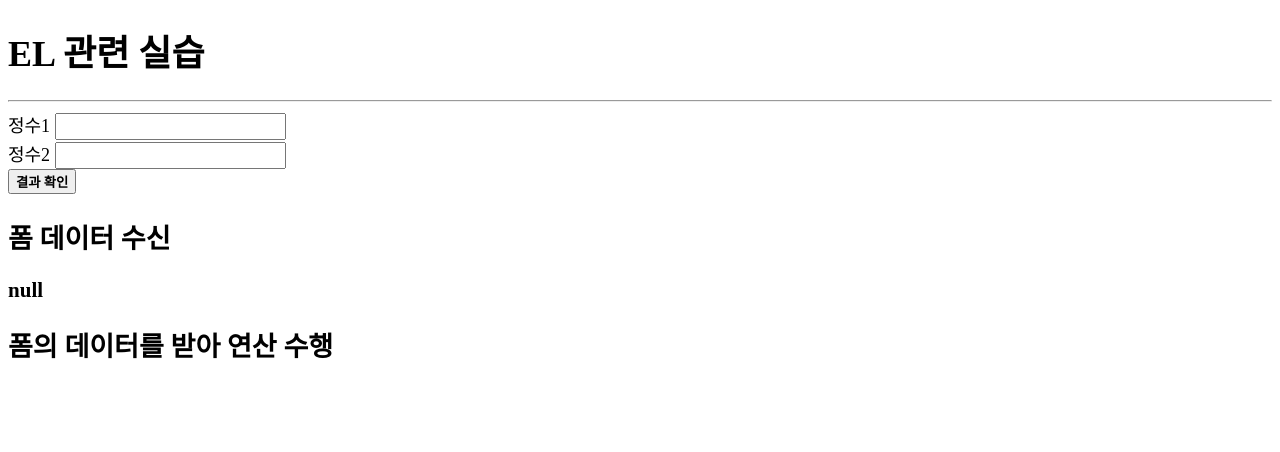
Repository: onpul/Web
Page: http://localhost/WebApp22/Test3.jsp
An editor plug-in stored every save of this project. The page is shown before and after the next save, followed by the edit.
The browser window is 1280 px wide. The pictures show the whole page.
The page is served by Tomcat 9. Other server files are loaded and not shown.

Above is the page before, as saved 2022-04-29 00:48:29.

### WebApp22/WebContent/Test3.jsp
<%@ page contentType="text/html; charset=UTF-8"%>
<%@ taglib prefix="c" uri="http://java.sun.com/jsp/jstl/core"%>
<%
	request.setCharacterEncoding("UTF-8");
	String cp = request.getContextPath();
%>
<!DOCTYPE html>
<html>
<head>
<meta charset="UTF-8">
<title>Test3.jsp</title>
<link rel="stylesheet" type="text/css" href="css/main.css">
</head>
<body>

<div>
	<h1>EL 관련 실습</h1>
	<hr />
</div>

<div>
	<!-- action 속성 생략 → su1 과 su2 데이터를 전송하며 요청하는 페이지는 자기 자신~!!! -->
	<form method="post">
		정수1 <input type="text" name="su1" class="txt"/><br>
		정수2 <input type="text" name="su2" class="txt"/><br>
		<button type="submit" class="btn">결과 확인</button>
	</form>
</div>

<div>
	<h2>폼 데이터 수신</h2>

	<!-- 폼의 데이터를 수신하는 방법 1 -->
	<h3><%=request.getParameter("su1") %></h3>

	<!-- 폼의 데이터를 수신하는 방법 2 -->
	<h3>${param.su1 }</h3>
	<!-- EL 문법 관찰 -->
	<!-- 제이쿼리 문법과 혼동될 수 있으니 잘 기억해 두자. -->
	<!-- 내부에 있는 파라미터 중에 su1 -->
	<!-- null에 대해 관대하다. null값이 보이지 않는다.(클라이언트에게 좋음) -->
</div>

<div>
	<h2>폼의 데이터를 받아 연산 수행</h2>

	<!-- 폼의 데이터를 받아 연산을 수행하는 방법 1 -->
	<%
		String s1 = request.getParameter("su1");
		String s2 = request.getParameter("su2");

		int s = 0;

		if (s1!=null && s2!=null)
		{
			s = Integer.parseInt(s1) + Integer.parseInt(s2);
		}
	%>
</div>

</body>
</html>

### WebApp22/WebContent/css/main.css
@charset "UTF-8";

*
{
	font-family: 맑은고딕;
	color: black;
}

body, p, div, span, input, table, th, td, select
{
	font-size: 18px;
}

.control
{
	border: 1px solid gray;
	border-radius: 3px;
}

.table
{
	border-collapse: collapse;
	width: 100%;
}

.table th, .table td
{
	border: 1px solid gray;
	border-left: 0px;
	border-right: 0px;
	padding: 3px;
	line-height: 150%;
}

.table th
{
	font-weight: bold;
	background-color: #eeeeee;
}

.btn
{
	font-weight: bold;
}

.btn:hover
{
	color: white;
	background-color: #787;
}

After the next save:
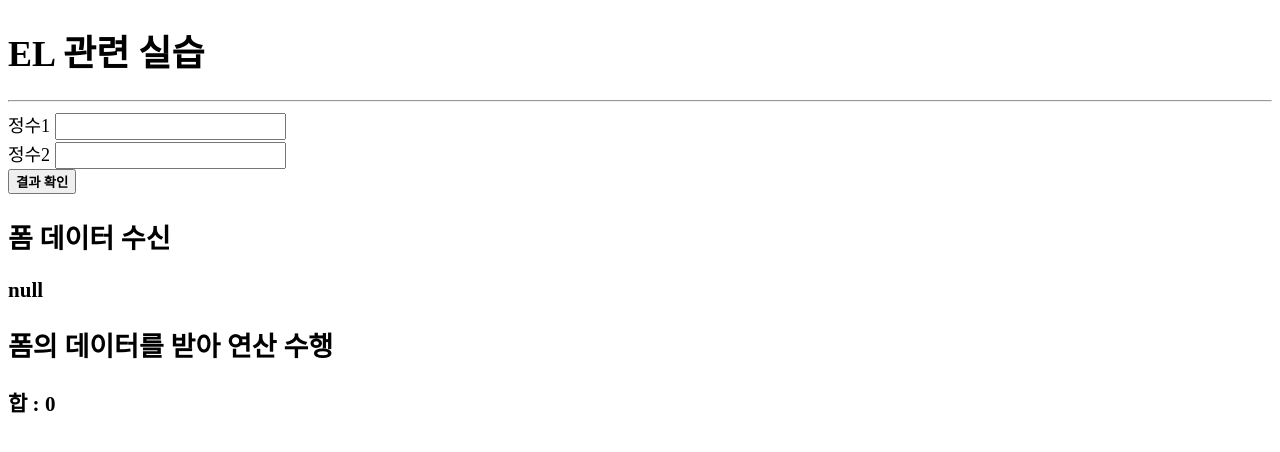
Saved 11 s later.
--- a/WebApp22/WebContent/Test3.jsp
+++ b/WebApp22/WebContent/Test3.jsp
@@ -56,6 +56,7 @@
 			s = Integer.parseInt(s1) + Integer.parseInt(s2);
 		}
 	%>
+	<h3>합 : <%=s %></h3>
 </div>
 
 </body>
